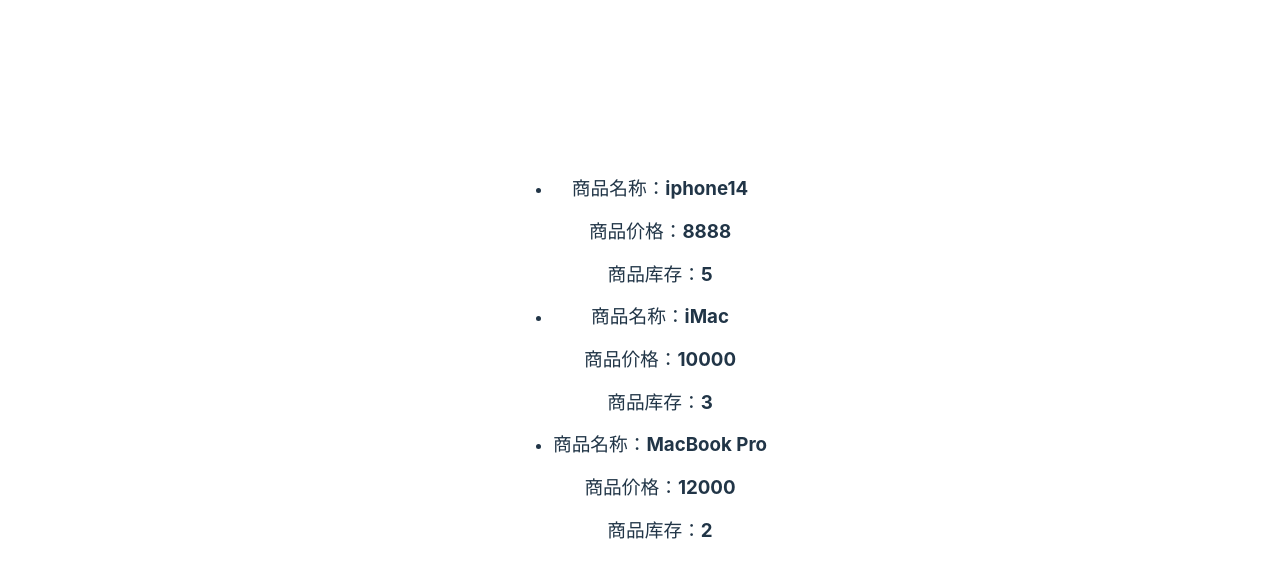
Repository: beautifulwhale/pinia-shopping-cart
Page: /
The author's editor kept a copy of each file at every save. The page is drawn from the files as they stood at one save, then again after the next save.
The browser window is 1280 px wide. The pictures show the whole page.
The project was rebuilt for these pictures with package versions that can differ from the ones it lists, and the page was loaded fresh each time. Also part of the build but not shown: vite.config.ts.

Above is the page before, as saved 2022-10-18 21:58:25.

### src/main.ts
import { createApp } from 'vue'
import { pinia } from './store'
import './style.css'
import App from './App.vue'

const app = createApp(App)

app.use(pinia)
app.mount('#app')

### src/store/index.ts
import { createPinia } from "pinia";

export const pinia = createPinia()

### src/App.vue
<script setup lang="ts">
import product from '@/components/product'
</script>

<template>
  <product></product>
</template>

### src/components/product.vue
<template>
    <ul>
        <li v-for="(item) in productList" :key="item.id">
            <h3>商品名称：{{item.name}}</h3>
            <h3>商品价格：{{item.price}}</h3>
            <h3>商品库存：{{item.inventory}}</h3>
        </li>
    </ul>
</template>

<script setup lang="ts">
import { storeToRefs } from 'pinia';
import { useProductStore } from '../store/product'
const productStore = useProductStore();
productStore.getProductList()
const { productList } = storeToRefs(productStore)
</script>

### src/store/product.ts
import { defineStore } from "pinia";
import { reactive, ref } from "vue";
import { getProduct } from "../api";
import { Product } from "../config";

interface IState {
    productList: Product[]
}

export const useProductStore = defineStore('product', {
    state: (): IState => ({
        productList: [] as Product[]
    }),
    getters: {},
    actions: {
        async getProductList() {
            this.productList = await getProduct();
        }
    }
})

### src/api/index.ts
/**
 *
 * 模拟数据
 *
 */
import { product } from "../config";


// 获取数据
export async function getProduct() {
    await wait();
    return product
}

// 模拟异步
function wait(delay: number = 200) {
    return new Promise((resolve) => {
        setTimeout(resolve, delay);
    })
}

### src/config/index.ts
export interface Product {
    id: number,
    name: string,
    price: number,
    inventory: number
}

export const product: Product[] = [
    { id: 1, name: 'iphone14', price: 8888, inventory: 5 },
    { id: 2, name: 'iMac', price: 10000, inventory: 3 },
    { id: 3, name: 'MacBook Pro', price: 12000, inventory: 2 }
]

Loaded but not shown: index.html (common file); src/style.css (common file)

After the next save:
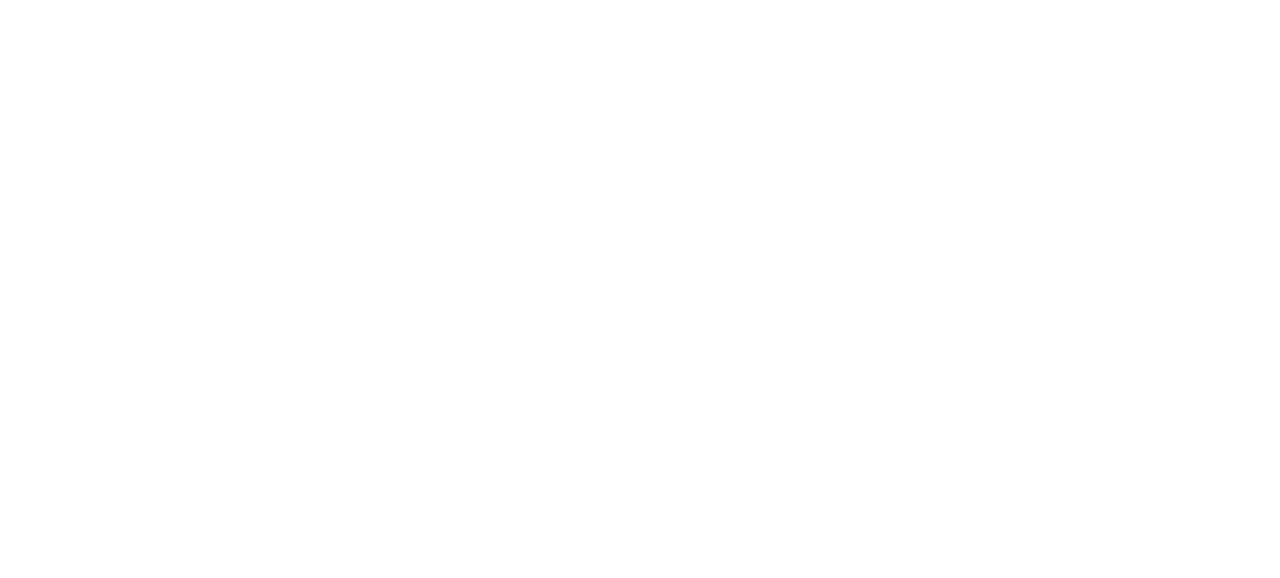
Saved 61 s later.
--- a/src/components/product.vue
+++ b/src/components/product.vue
@@ -13,5 +13,5 @@
 import { useProductStore } from '../store/product'
 const productStore = useProductStore();
 productStore.getProductList()
-const { productList } = storeToRefs(productStore)
+// const { productList } = storeToRefs(productStore)
 </script>

After the 3 saves that followed:
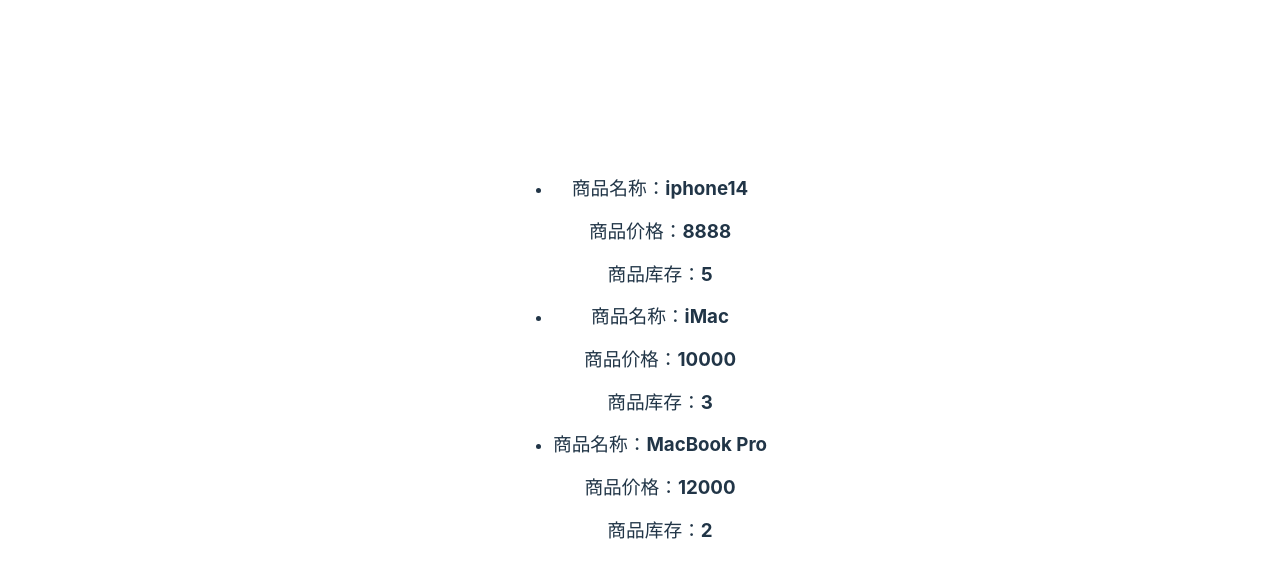
The 3 saves are shown as one change because 1 did not build or start and 1 left the picture as it was.
The last was saved 13 s later.
--- a/src/components/product.vue
+++ b/src/components/product.vue
@@ -1,6 +1,6 @@
 <template>
     <ul>
-        <li v-for="(item) in productList" :key="item.id">
+        <li v-for="(item) in productStore.productList" :key="item.id">
             <h3>商品名称：{{item.name}}</h3>
             <h3>商品价格：{{item.price}}</h3>
             <h3>商品库存：{{item.inventory}}</h3>
@@ -9,7 +9,7 @@
 </template>
 
 <script setup lang="ts">
-import { storeToRefs } from 'pinia';
+// import { storeToRefs } from 'pinia';
 import { useProductStore } from '../store/product'
 const productStore = useProductStore();
 productStore.getProductList()
